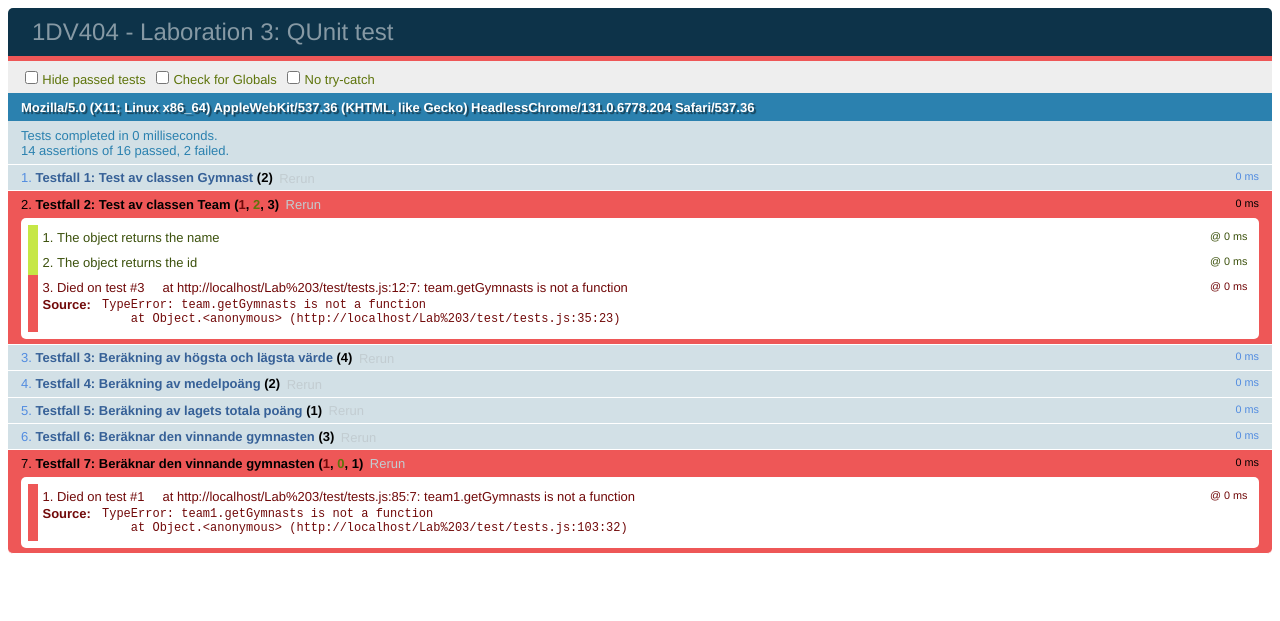
Repository: Holmewi/1dv404-jh222qr-laborationer
Page: Lab 3/test.html
The author's editor kept a record of every edit. The page is drawn from the files as they stood at one moment, then again after the next edit.
The browser window is 1280 px wide. The pictures show the whole page.

Above is the page before.

After the next edit:
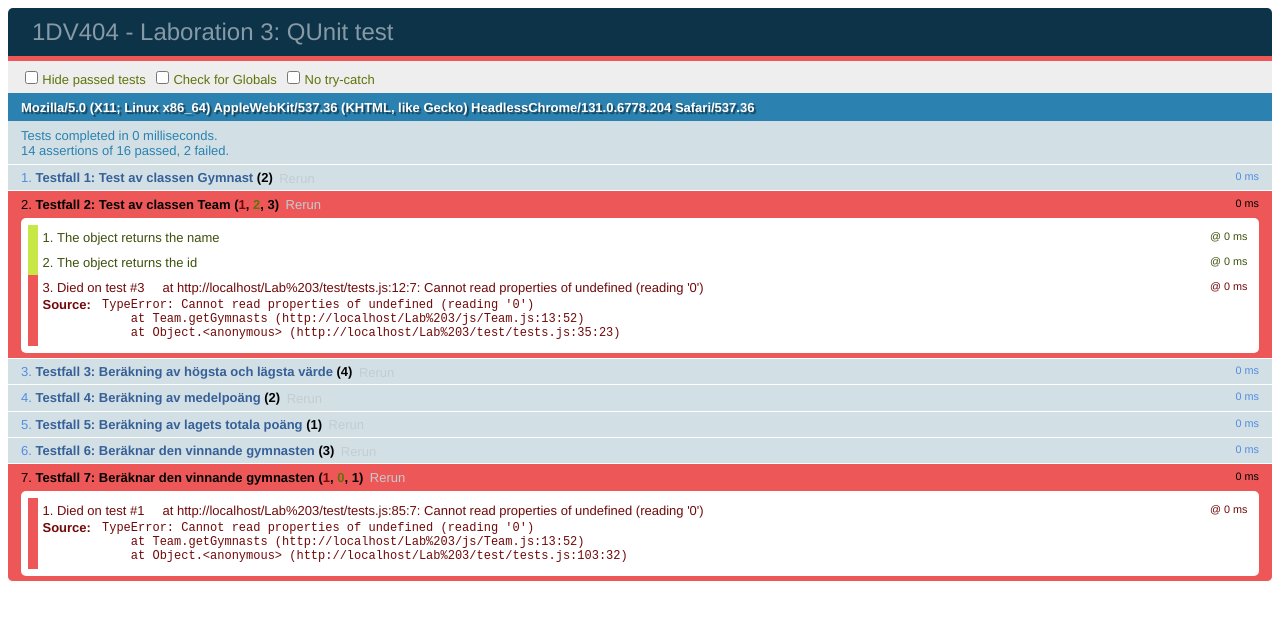
The edit:
--- a/Lab 3/js/Team.js
+++ b/Lab 3/js/Team.js
@@ -10,6 +10,8 @@
     this.setId = function(_id) { teamId = _id };
     this.getAmount = function() { return amount };
     this.setAmount = function(_amount) { amount = _amount };
+    this.getGymnasts = function() { return gymnasts[this.getCount]; };
+    this.setGymnasts = function(_gymnasts) { gymnasts[this.getCount] = _gymnasts };
 
     this.setName(teamName);
     this.setId(teamId);
